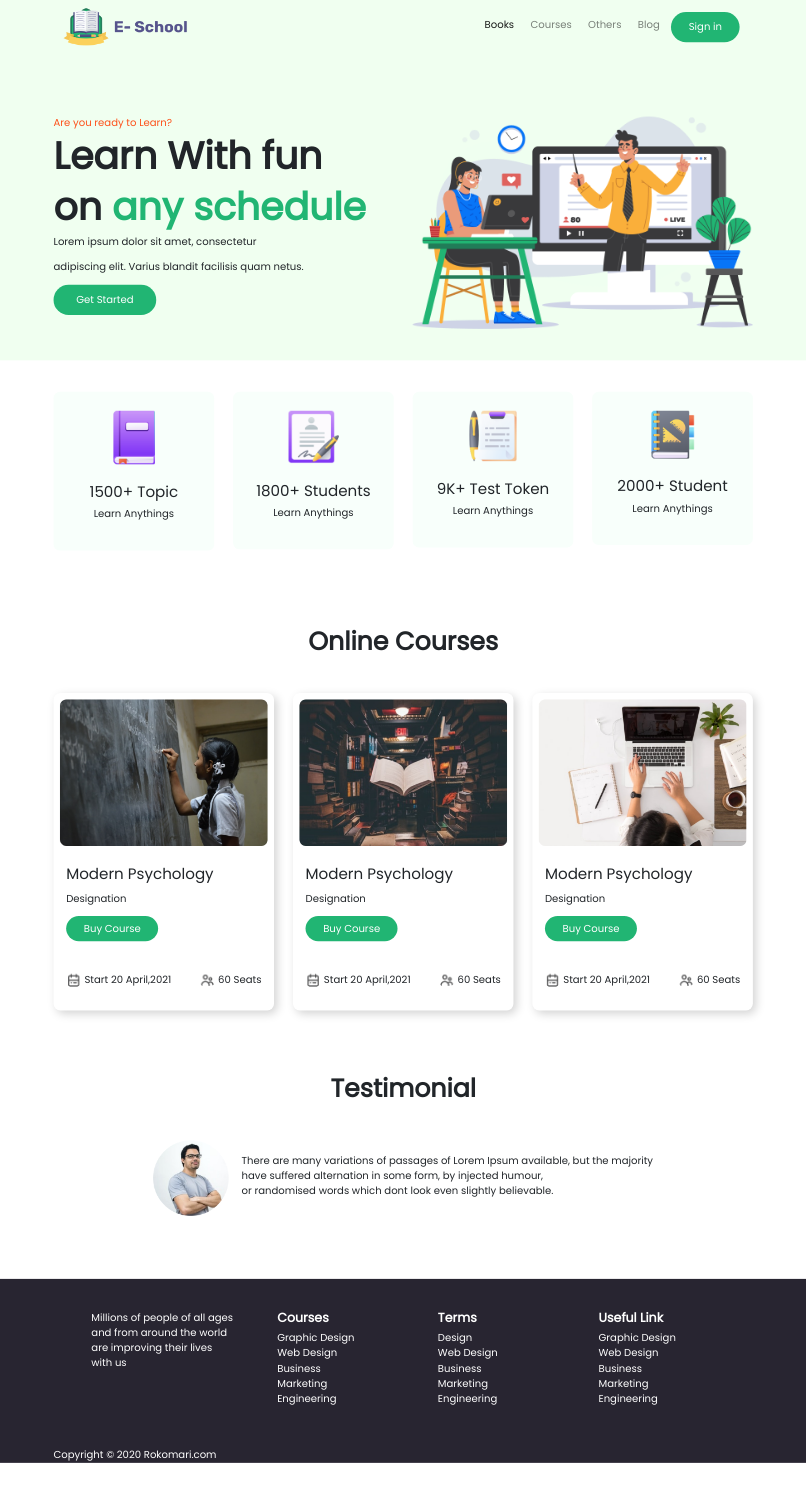
Repository: mohsinfarabi/e-school
Page: index.html
The author's editor kept a copy of each file at every save. The page is drawn from the files as they stood at one save, then again after the next save.
The browser window is 1280 px wide. The pictures show the whole page, at 63% of full size.

Above is the page before, as saved 2020-07-09 22:00:34.

After the next save:
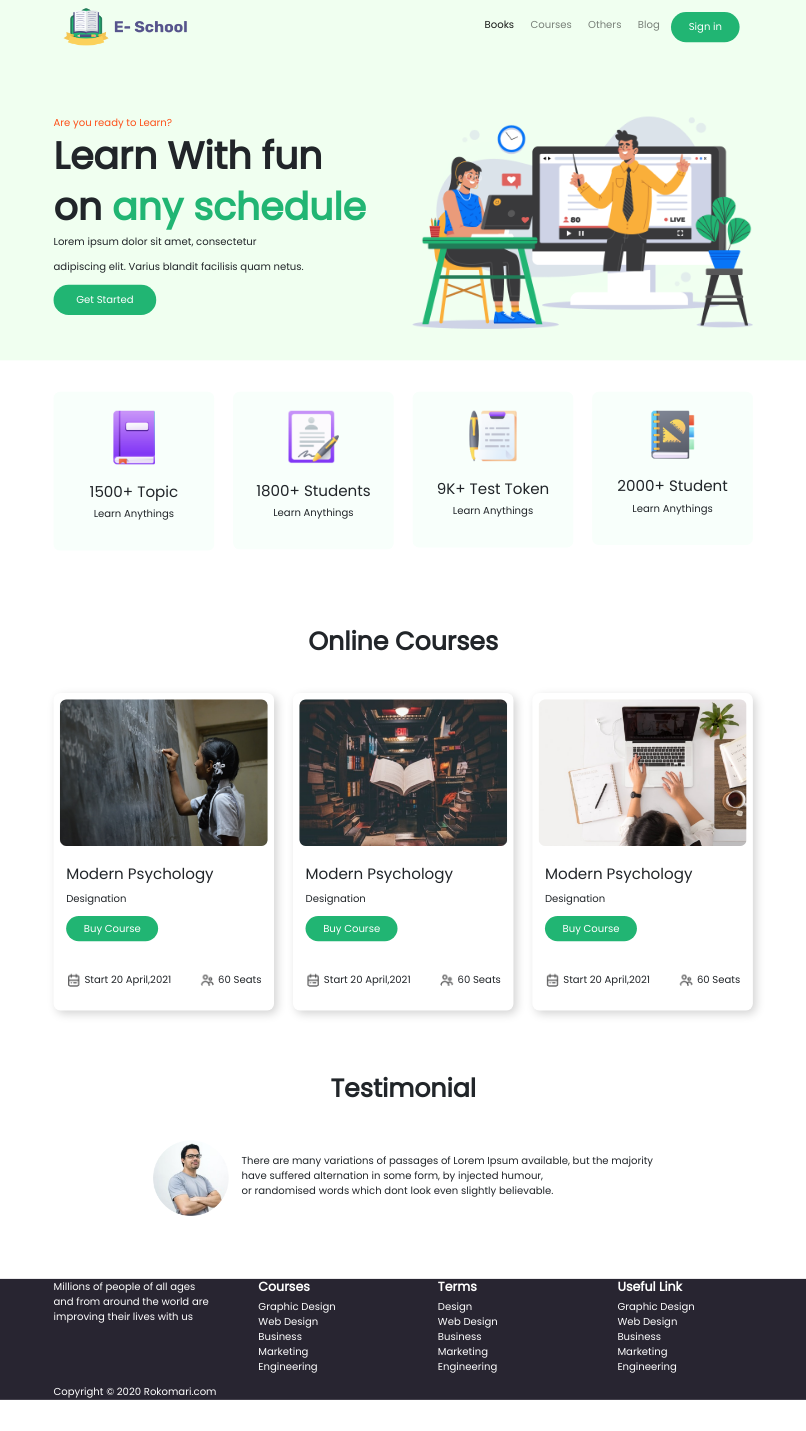
Saved 26 s later.
--- a/style.css
+++ b/style.css
@@ -230,7 +230,3 @@
         text-align: center;
         margin-top: 20px;
     }
-
-    .footer-row {
-        padding: 50px 60px;
-    }

After the save that followed:
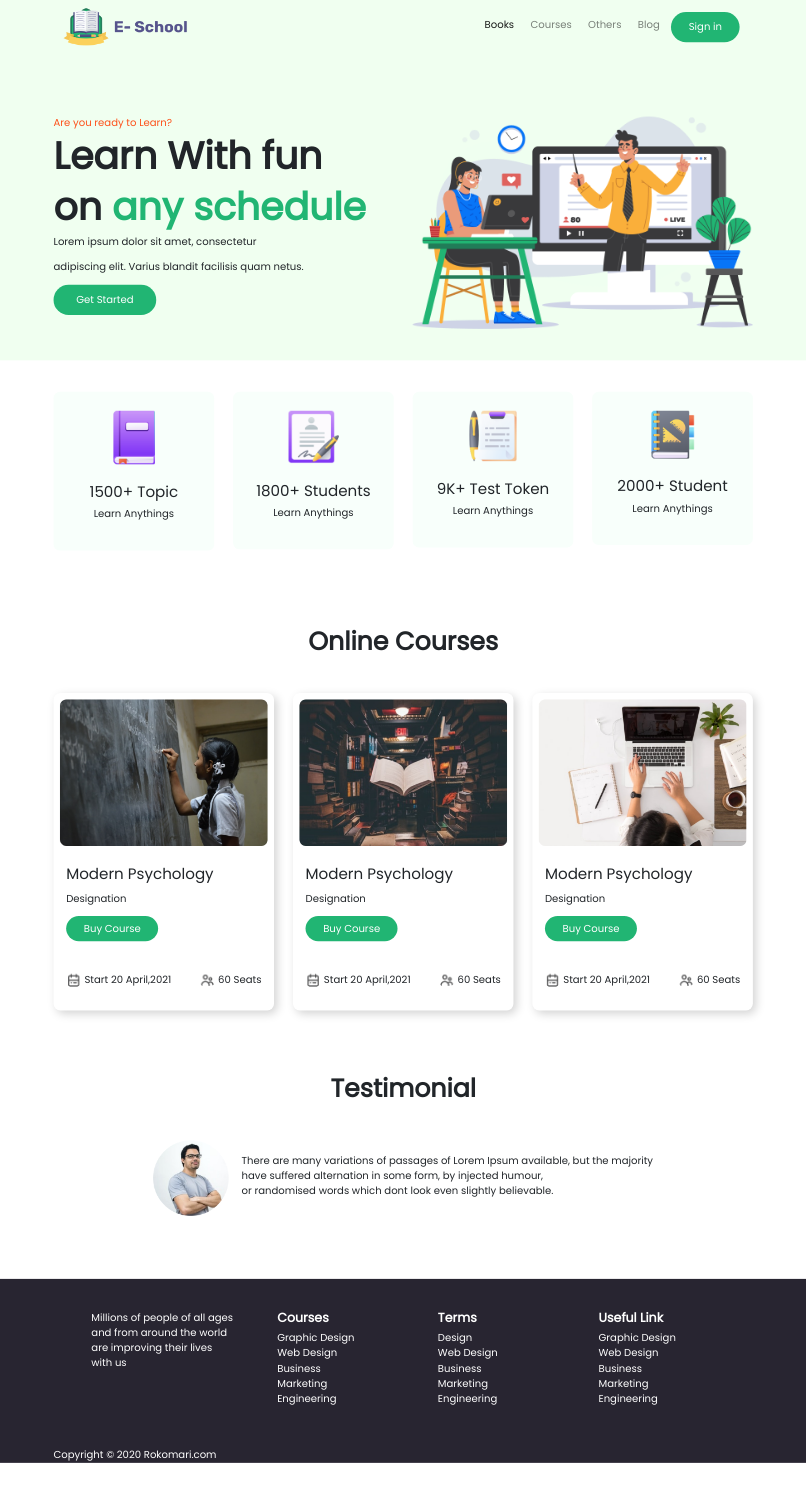
Saved 10 s later.
--- a/style.css
+++ b/style.css
@@ -230,3 +230,7 @@
         text-align: center;
         margin-top: 20px;
     }
+
+    .footer-row {
+        padding: 50px 60px;
+    }
